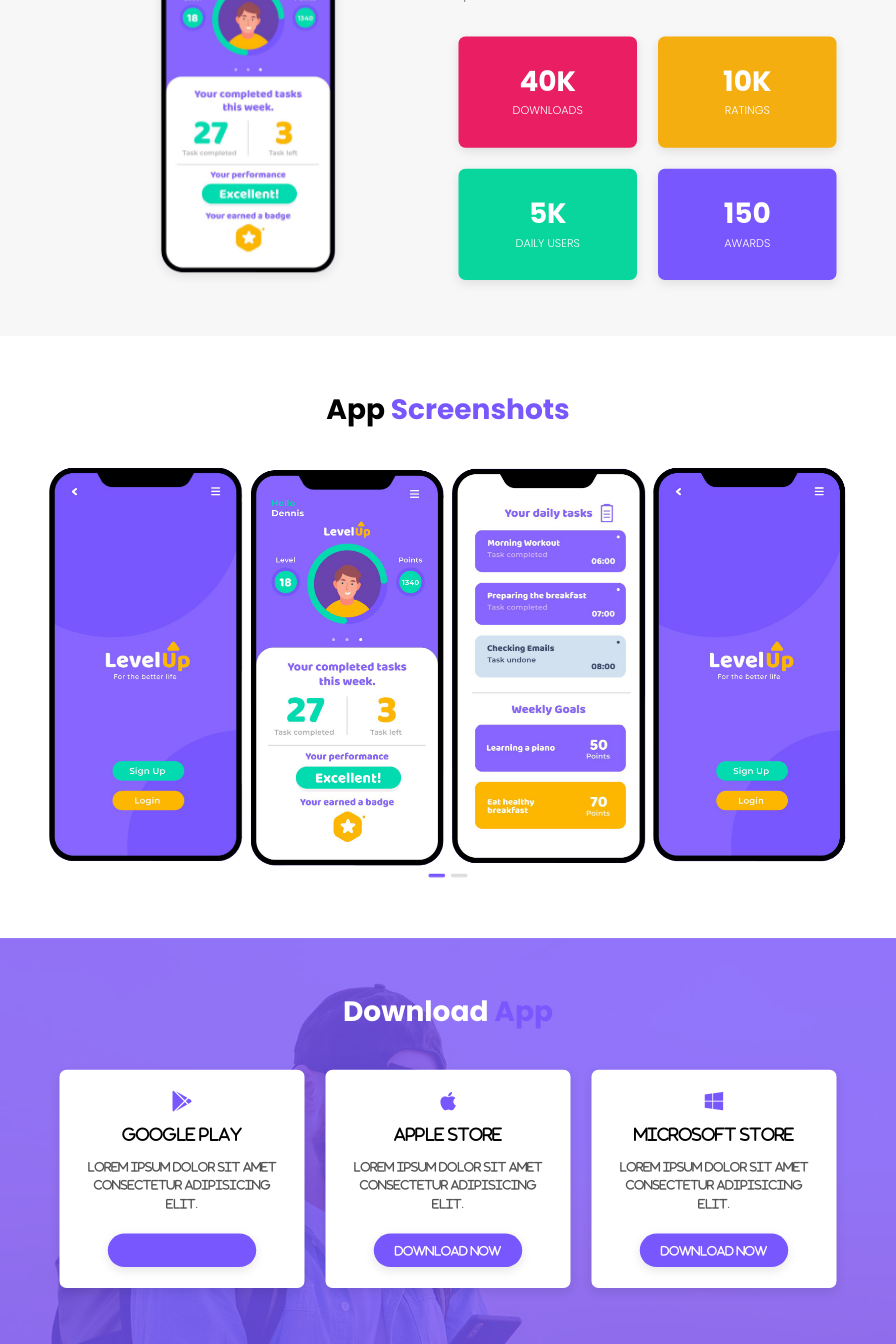
Repository: Mohamed-Hema/Shala-App
Page: index.html
The author's editor kept a copy of each file at every save. The page is drawn from the files as they stood at one save, then again after the next save.
The browser window is 1280 px wide. The pictures show the part of the page from y = 1653 to 3573 px (the page is 3573 px tall), at 70% of full size.
The pointer rests on the first visible `.btn-2`.
Backgrounds fixed to the window are drawn as part of the page. Some web libraries are served in a nearby version.

Above is the page before, as saved 2021-02-21 21:41:50.

After the next save:
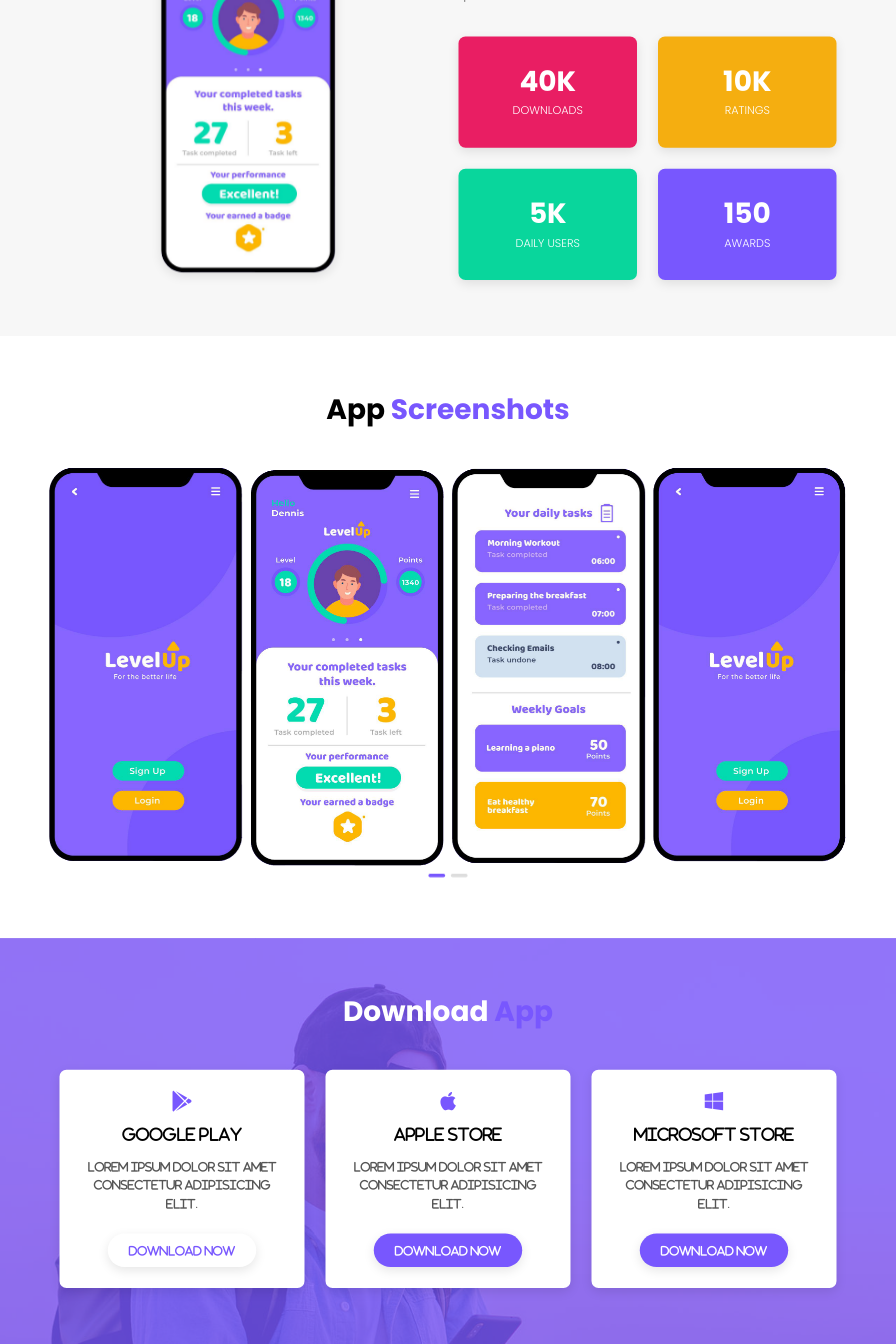
Saved 8 s later.
--- a/css/style.css
+++ b/css/style.css
@@ -73,7 +73,7 @@ ul{
 }
 .btn-2:hover{
     color: var(--main-color);
-    background-color: var(--main-color);
+    background-color: #fff;
 }
 
 
